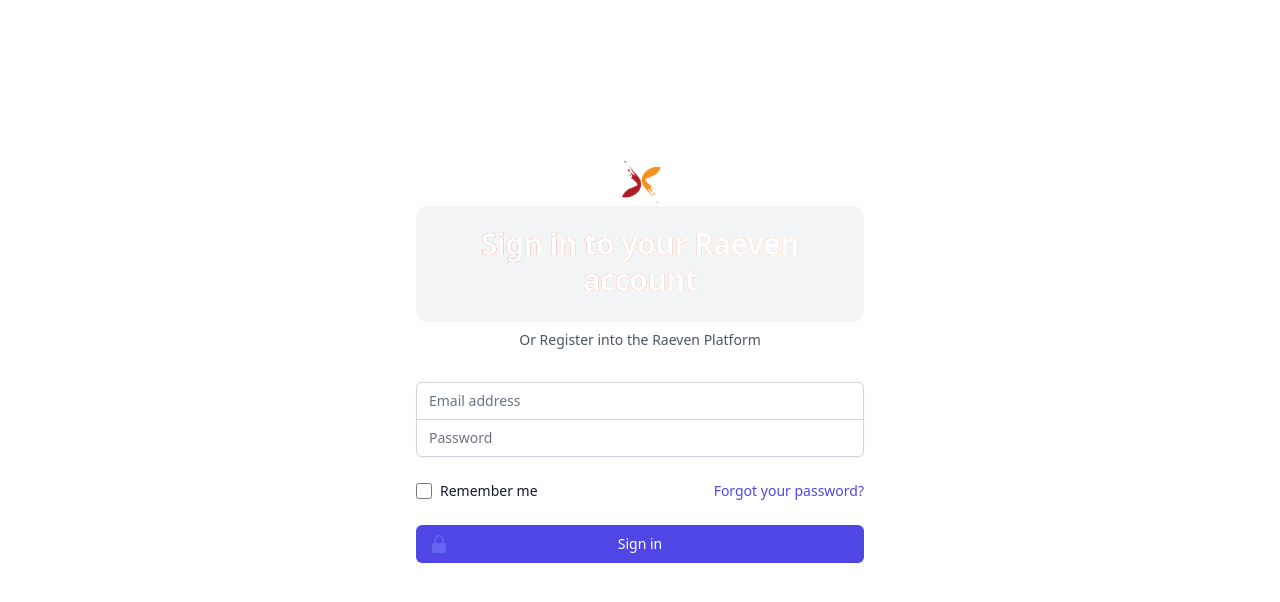
Repository: Curiosityxploring/raeven-site
Page: /login
An editor plug-in stored every save of this project. The page is shown before and after the next save, followed by the edit.
The browser window is 1280 px wide. The pictures show the whole page.
The project was rebuilt for these pictures with package versions that can differ from the ones it lists, and the page was loaded fresh each time. The framework's server and built-in components were replaced by stand-ins that run in the browser. Also part of the build but not shown: next.config.js.

Above is the page before, as saved 2023-01-12 15:34:15.

After the next save:
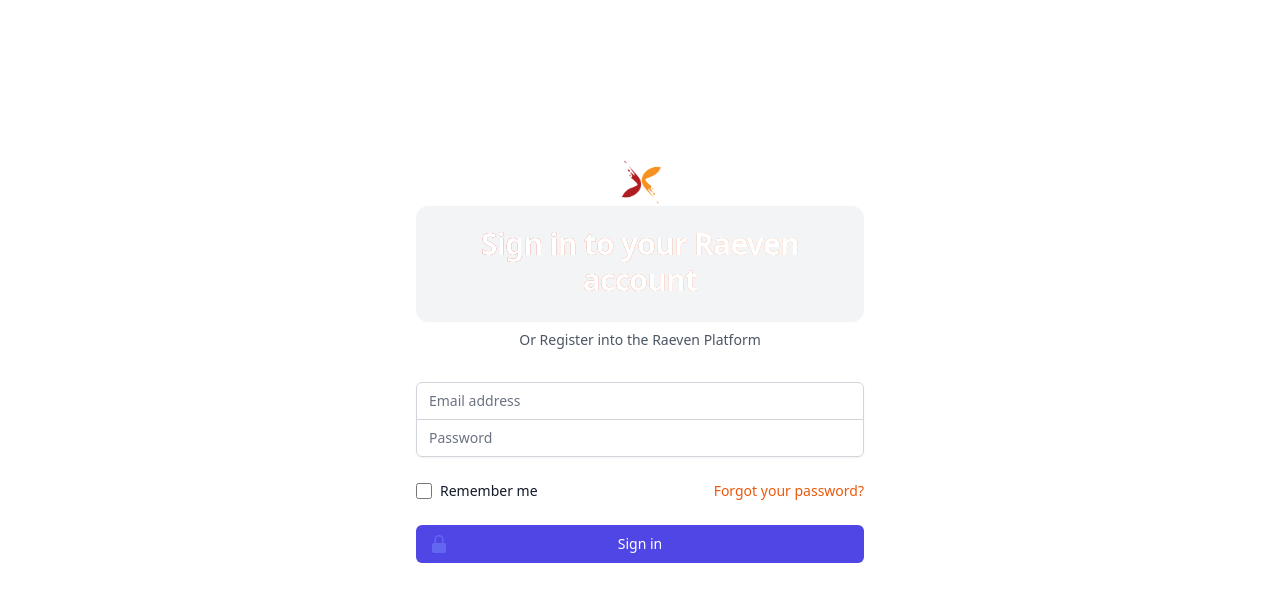
Saved 21 s later.
--- a/pages/login.jsx
+++ b/pages/login.jsx
@@ -87,7 +87,7 @@
               <div className="text-sm">
                 <a
                   href="#"
-                  className="font-medium text-indigo-600 hover:text-indigo-500"
+                  className="font-medium text-orange-600 hover:text-indigo-500"
                 >
                   Forgot your password?
                 </a>
